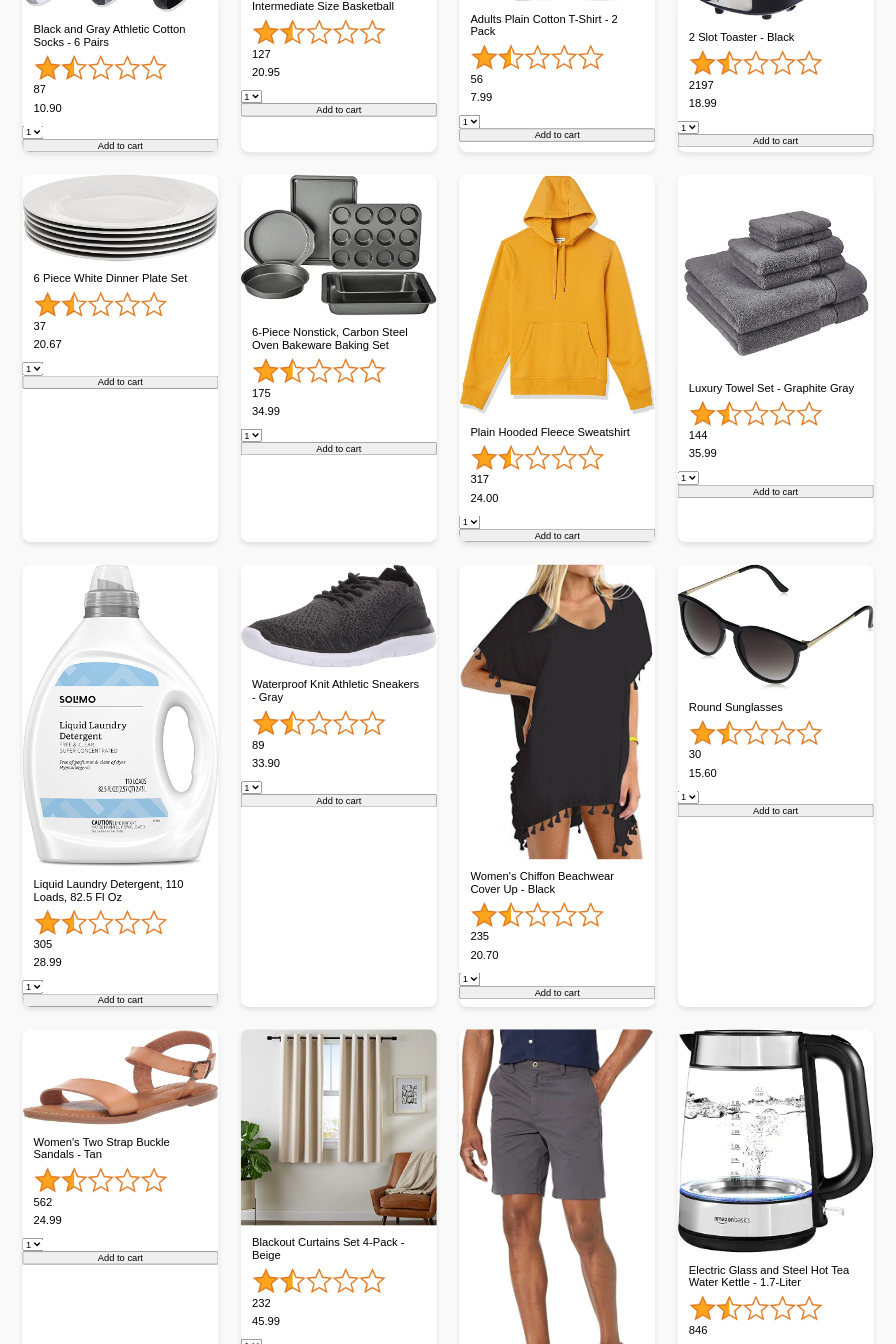
Repository: yorkings/eccomerce-website-in-js
Page: index.html
These files come from the project's save history. The page is drawn as it stood at one moment and after a run of saves; the edit follows.
The browser window is 1280 px wide. The pictures show the part of the page from y = 438 to 2358 px (the page is 7457 px tall), at 70% of full size.
Some web libraries are served in a nearby version.

Above is the page before, as saved 2025-05-24 17:17:20.

After the next 2 saves:
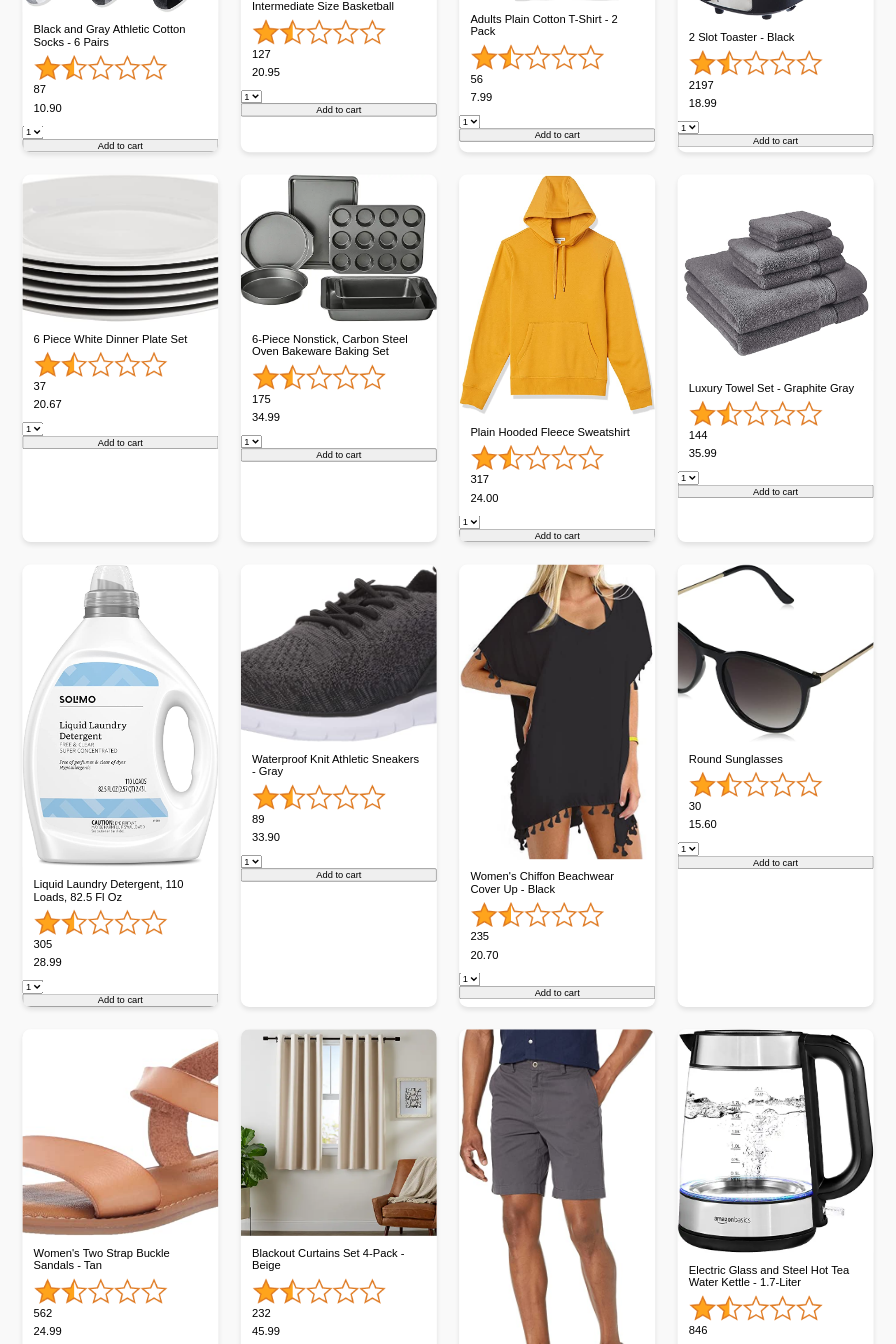
The 2 saves are shown as one change because they came seconds apart.
The last was saved 6 s later.
--- a/style.css
+++ b/style.css
@@ -75,7 +75,7 @@
   box-shadow: 0 8px 16px rgba(0,0,0,0.2);
 }
 .image{
-    min-height:;
+    min-height:40%;
     width: 100%;
     object-fit: cover;
 

After the 3 saves that followed:
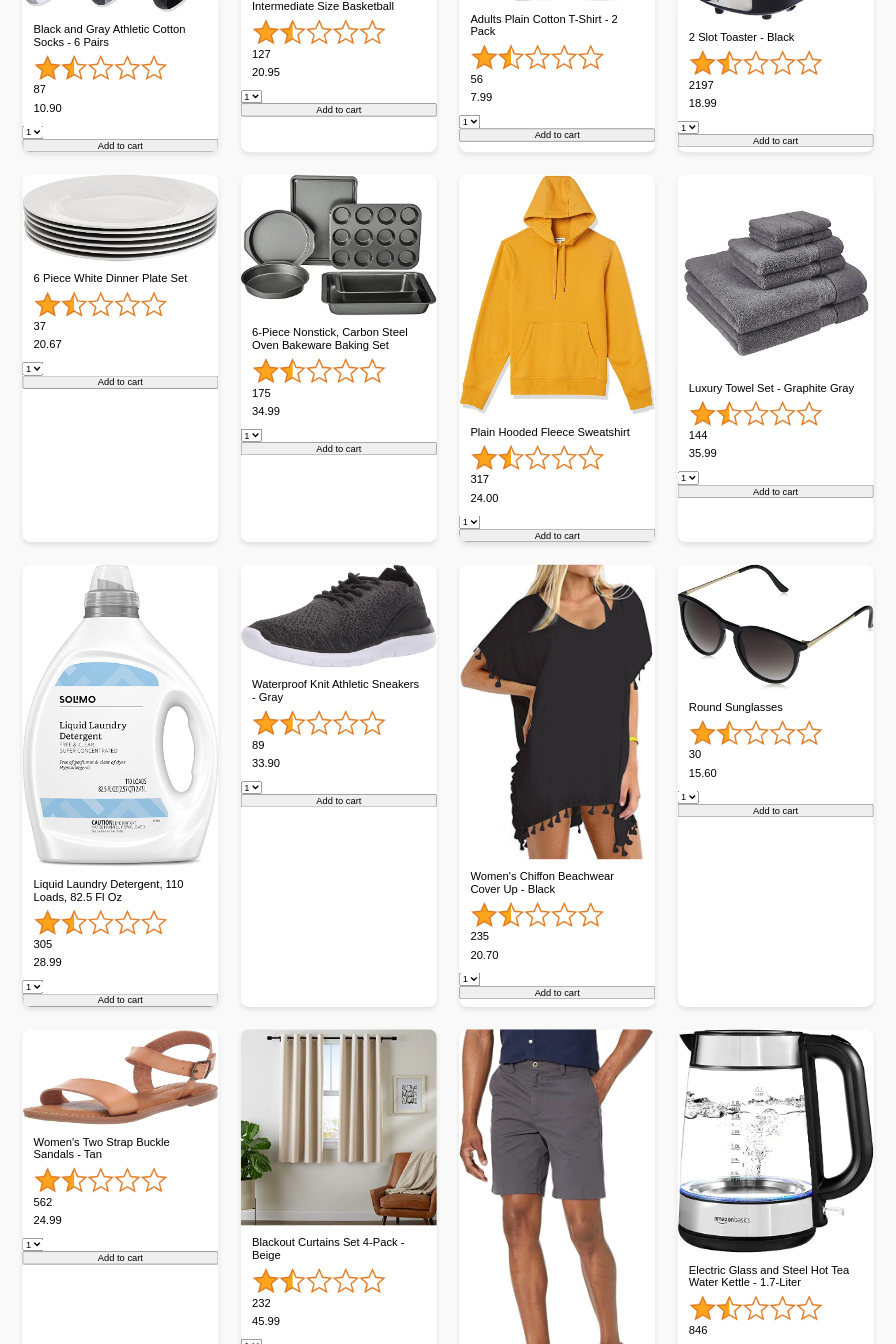
The 3 saves are shown as one change because they came seconds apart.
The last was saved 36 s later.
--- a/style.css
+++ b/style.css
@@ -75,7 +75,7 @@
   box-shadow: 0 8px 16px rgba(0,0,0,0.2);
 }
 .image{
-    min-height:40%;
+    max-height:90%;
     width: 100%;
     object-fit: cover;
 
